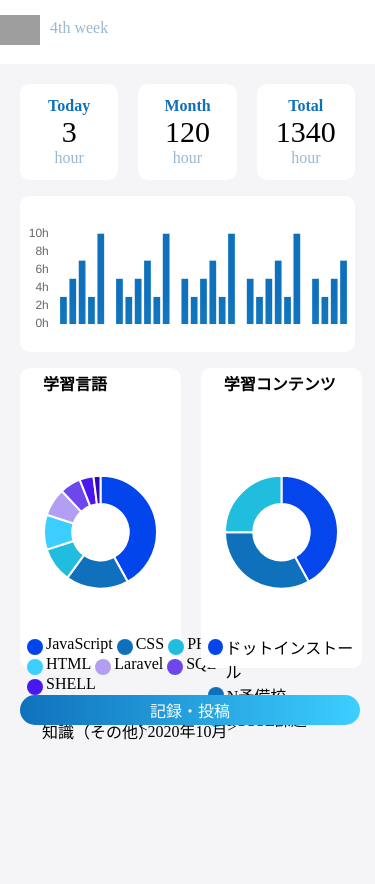
Repository: posse-ap/gen2.0-kamibayasitaito
Page: app/app.html
These files come from the project's save history. The page is drawn as it stood at one moment and after the next save; the edit follows.
The browser window is 375 px wide. The pictures show the whole page.
Pictures or frames that could not be fetched are drawn as grey boxes. Some web libraries are served in a nearby version.

Above is the page before, as saved 2021-11-27 03:58:36.

After the next save:
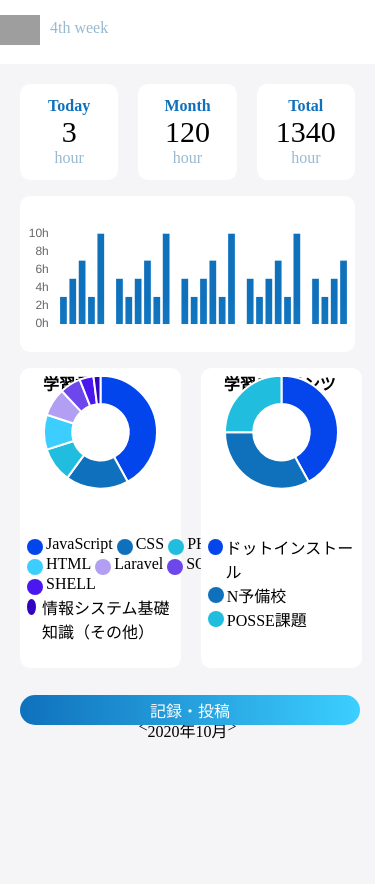
Saved 5 s later.
--- a/app/app_smartphone.css
+++ b/app/app_smartphone.css
@@ -186,7 +186,7 @@
             height: 200px;
             overflow: hidden;
             margin:20px;
-            margin-top: -;
+            margin-top: -80px;
         }
 
         .study_language_display{
